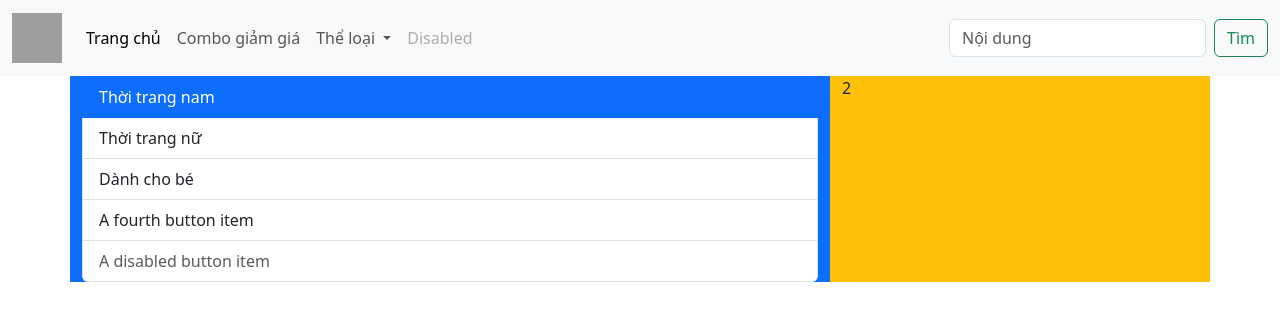
Repository: Vanh260703/Java-Servlet
Page: Bai4_Boostrap/src/main/webapp/index.html
The author's editor kept a copy of each file at every save. The page is drawn from the files as they stood at one save, then again after the next save.
The browser window is 1280 px wide. The pictures show the whole page.
Pictures or frames that could not be fetched are drawn as grey boxes.

Above is the page before, as saved 2025-03-01 14:30:17.

After the next save:
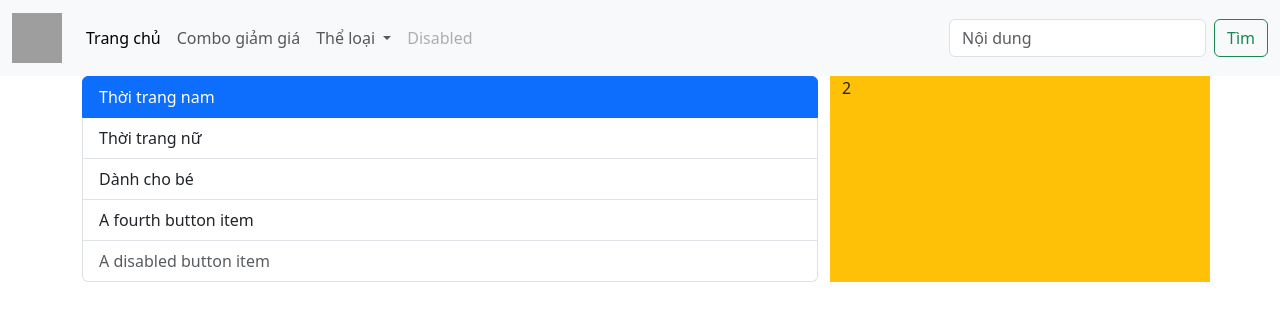
Saved 57 s later.
--- a/Bai4_Boostrap/src/main/webapp/index.html
+++ b/Bai4_Boostrap/src/main/webapp/index.html
@@ -66,16 +66,17 @@
 	<!-- Page content -->
 	<div class="container">
 		<div class="row">
-			<div class="col-8 bg-primary">
+			<div class="col-8">
 				<div class="list-group">
 					<button type="button"
 						class="list-group-item list-group-item-action active"
 						aria-current="true">Thời trang nam</button>
 					<button type="button"
-						class="list-group-item list-group-item-action">Thời trang nữ
-						</button>
+						class="list-group-item list-group-item-action">Thời trang
+						nữ</button>
 					<button type="button"
-						class="list-group-item list-group-item-action">Dành cho bé</button>
+						class="list-group-item list-group-item-action">Dành cho
+						bé</button>
 					<button type="button"
 						class="list-group-item list-group-item-action">A fourth
 						button item</button>
